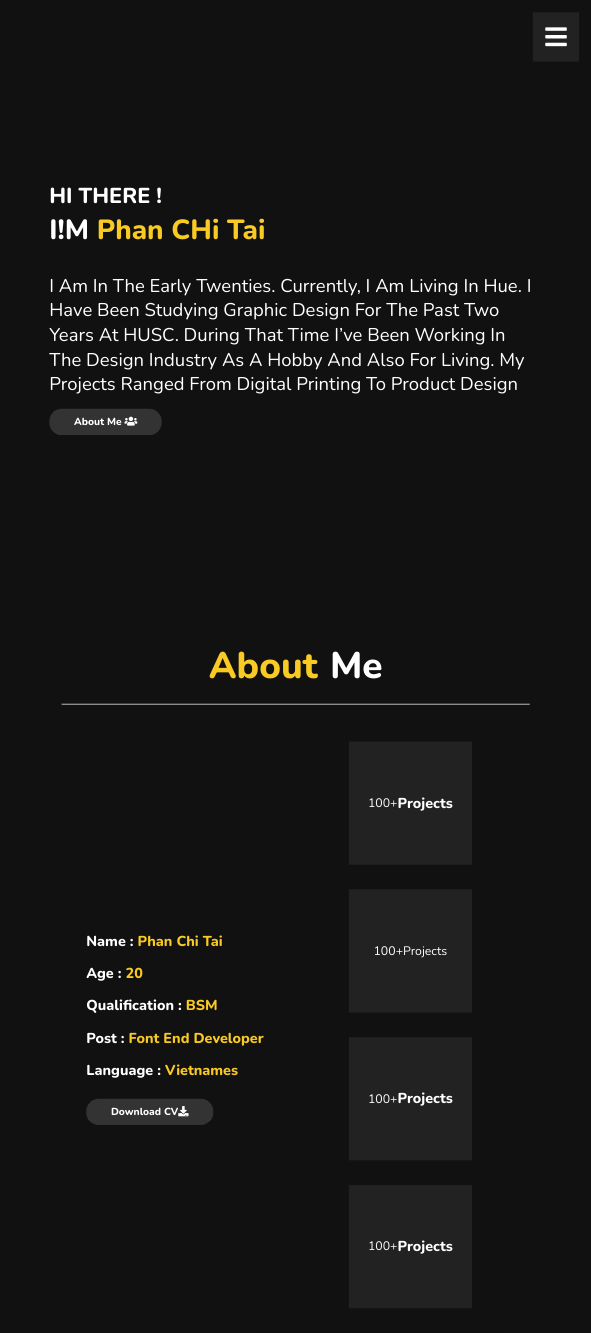
Repository: PCTai/My-profile
Page: index.html
These files come from the project's save history. The page is drawn as it stood at one moment and after the next save; the edit follows.
The browser window is 768 px wide. The pictures show the whole page, at 77% of full size.

Above is the page before, as saved 2021-11-25 21:29:29.

### index.html
<!DOCTYPE html>
<html lang="en">
<head>
    <meta charset="UTF-8">
    <meta http-equiv="X-UA-Compatible" content="IE=edge">
    <meta name="viewport" content="width=device-width, initial-scale=1.0">
    <link rel="preconnect" href="https://fonts.googleapis.com">
    <link rel="preconnect" href="https://fonts.gstatic.com" crossorigin>
    <link href="https://fonts.googleapis.com/css2?family=Nunito:ital,wght@0,400;0,600;0,800;1,200;1,300&display=swap" rel="stylesheet">
    <link rel="stylesheet" href="/assets/font/fontawesome-free-5.15.3-web/css/all.css">

    <link rel="stylesheet" href="/assets/css/style.css">
    <link rel="stylesheet" href="/assets/css/reponsive.css">
    <title>Document</title>
</head>
<body>
    <!-- Header start -->
    <header>
        <div class="user">
            <img src="/assets/imgs/user.jpg" alt="">
            <h3 class="name">Phan Chi Tai</h3>
            <div class="post">Font End Deverloper</div>
        </div>
        <div class="navbar">
            <ul>
                <li><a href="#home">home</a></li>
                <li><a href="#about">About</a></li>
                <li><a href="#education">Education</a></li>
                <li><a href="#portfolio">Portfolio</a></li>
                <li><a href="#contact">Contact</a></li>
            </ul>
        </div>
    </header>
    <!-- Header end -->
    <div id="menu"class="fas fa-bars">
    </div>
    <!-- start home -->
    <section id="home" class="home">

        <h3>HI THERE !</h3>
        <h1>I!M <span>Phan CHi Tai</span></h1>
        <p>I am in the early twenties. Currently, I am living in Hue. I have been studying graphic design for the past two years at  HUSC. During that time I’ve been working in the design industry as a hobby and also for living. My projects ranged from digital printing to product design</p>
        <a href="#about"> <button class="btn">About me <i class="fas fa-users"></i></button></a>


    </section>
    <!-- end home -->
    <!-- start about -->
    <section id="about" class="about">
        <div class="heading"><h1><span>About</span>Me</h1></div>
        <div class="row">
            <div class="info">
                <h3>Name : <span>Phan Chi Tai</span></h3>
                <h3>Age : <span>20</span></h3>
                <h3>Qualification : <span>BSM</span></h3>
                <h3>Post : <span>Font End Developer</span></h3>
                <h3>Language : <span>Vietnames</span></h3>
                <a href="#about"> <button class="btn">Download CV<i class="fas fa-download"></i></button></a>
            </div>
            <div class="counter">
                <div class="box">
                    <span>100+</span>
                    <br>
                    <h3>projects</h3>
                </div>
                <div class="box">
                    <span>100+</span>
                    <br>
                    <p>projects</p>
                </div>
                <div class="box">
                    <span>100+</span>
                    <br>
                    <h3>projects</h3>
                </div>
                <div class="box">
                    <span>100+</span>
                    <br>
                    <h3>projects</h3>
                </div>
            </div>
        </div>
    </section>
    <!-- end about -->
    <script src="/app.js"></script>
</body>
</html>

### assets/css/style.css
:root{
    --yellow: #f9ca24;
}
*{
    font-family: 'Nunito', sans-serif;
    margin: 0;padding: 0;
    box-sizing: border-box;
    text-decoration: none;
    outline: none;border: none;
    text-transform: capitalize;
    transition: all .2s linear;
}
html{
    font-size: 62,5%;
    overflow: hidden;
}
::selection{
    background-color: var(--yellow);
    color: #333;

}
html::-webkit-scrollbar{
    width: 2rem;
}
html::-webkit-scrollbar-track{
    background-color: #333;
}
html::-webkit-scrollbar-thumb{
    background-color: var(--yellow);
}
body{
    padding-left: 25rem;
    background: #111;
}
header{
    position: fixed;
    top: 0;
    left: 0;
    z-index: 1000;
    height: 100%;
    display: flex;
    flex-direction: column;
    justify-content: center;
    align-items: center;
    width: 25rem;
    background-color: #1a1a1a;
}

.user img{
    margin-top: 2rem;
    height: 14rem;
    width: 14rem;
    border-radius: 50%;
    object-fit: cover;
    border: 0.5rem solid var(--yellow);

}
header .user .name{
    text-align: center;
    font-size: 2rem;
    color: #fff;
}
header .user .post{
    text-align: center;
    font-size: 1.5rem;
    color: #eee;
}
header .navbar ul{
    margin-top: 1rem;
    list-style: none;
    padding: 1rem 3rem;
}
header .navbar ul li a:hover{
    background-color: var(--yellow);
}
header .navbar ul li a{
    display: block;
    padding: 0.5rem 6rem;
   margin-bottom: 0.8rem;
   background-color: #333;
   color: #fff;
   font-size: 1.5rem;
   border-radius: 5rem;
   text-align: center;
   cursor: pointer;
}
#menu:hover{
    color: var(--yellow);
}


#menu{
    position: fixed;
    z-index: 1000;
    top: 1rem;
    right: 1rem;
    color: #fff;
    padding: 1rem;
    background-color: #222;
    font-size: 2rem;
    cursor: pointer;
}
section{
    min-height: 100vh;
    padding: 1rem;
}
/* home */
.home{
    font-size: 1.5rem;
    color: #fff;
    display: flex;
    flex-direction: column;
    padding: 0 2rem;
    justify-content: center;
}
.btn:hover{
    background-color: var(--yellow);
    cursor: pointer;
}
.btn{
    padding: 0.5rem 2rem;
    border-radius: 1rem;
    margin-top: 1rem;
    font-weight: bold;
    background-color: #333;
    color: #fff;
}
.home span{
    color: var(--yellow);
    margin-bottom: 2rem;

}
.home h1{
    margin-bottom: 2rem;

}
/* about */
.about{
    color: #fff;
    margin: 0 2rem;
}
.heading{
    font-size: 2rem;
    text-align: center;
    padding: 1rem;
    border-bottom: 0.1rem solid #eee;

}
.heading span{
    color: var(--yellow);
    padding-right: 1rem;
}
.info{
    flex: 1 1 48%;
    padding: 1rem;
    padding-left: 2rem;

}
.info span{
    color: var(--yellow);
}
.info h3{
    padding: 0.5rem 0;
}
.row{
    margin-top: 2rem;
    display: flex;
    justify-content: center;
    align-items: center;
    flex-wrap: wrap;

}
.counter{
    flex:1 1 50%;
    width: 50%;
    justify-content: center;
    display: flex;
    flex-wrap: wrap;

}
.box{
    background-color: #222;
    width: 10rem;
    text-align: center;
    margin: 1rem;
    display: flex;
    align-items: center;
    justify-content: center;
    height: 10rem;
}

### assets/css/reponsive.css

@media (min-width:1024px){
    #menu{
        display: none;
    }
}
@media (max-width:1024px){
    header{
        left: -125%;
    }
    body{
        padding: 0 2rem;
    }

}
@media (max-width:486px){
    header{
        width: 100vw;
    }
    .about{

    }

}

### app.js

var menu=document.getElementById('menu');
var header=document.querySelector('header');
menu.onclick=function(e){
    if(this.className=='fas fa-bars'){
        this.classList.remove('fa-bars');
        this.classList.add('fa-times');
        header.style='left:0%';
    }
    else{
        this.classList.remove('fa-times');
        this.classList.add('fa-bars');
        header.style='left:-125%';
    }
};

Loaded but not shown: assets/font/fontawesome-free-5.15.3-web/css/all.css (library)

After the next save:
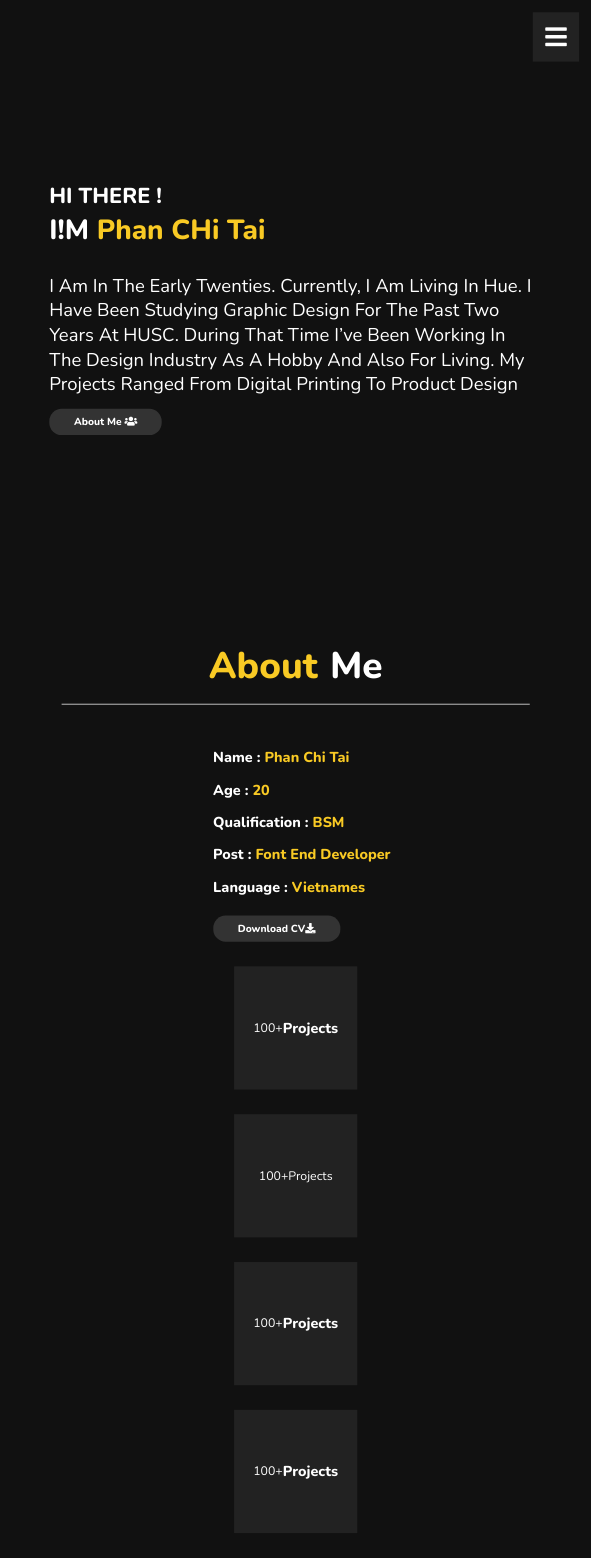
Saved 2 min 46 s later.
--- a/assets/css/reponsive.css
+++ b/assets/css/reponsive.css
@@ -22,3 +22,9 @@
     }
 
 }
+@media (max-width:939px){
+    .row{
+        flex-direction: column;
+    }
+
+}
